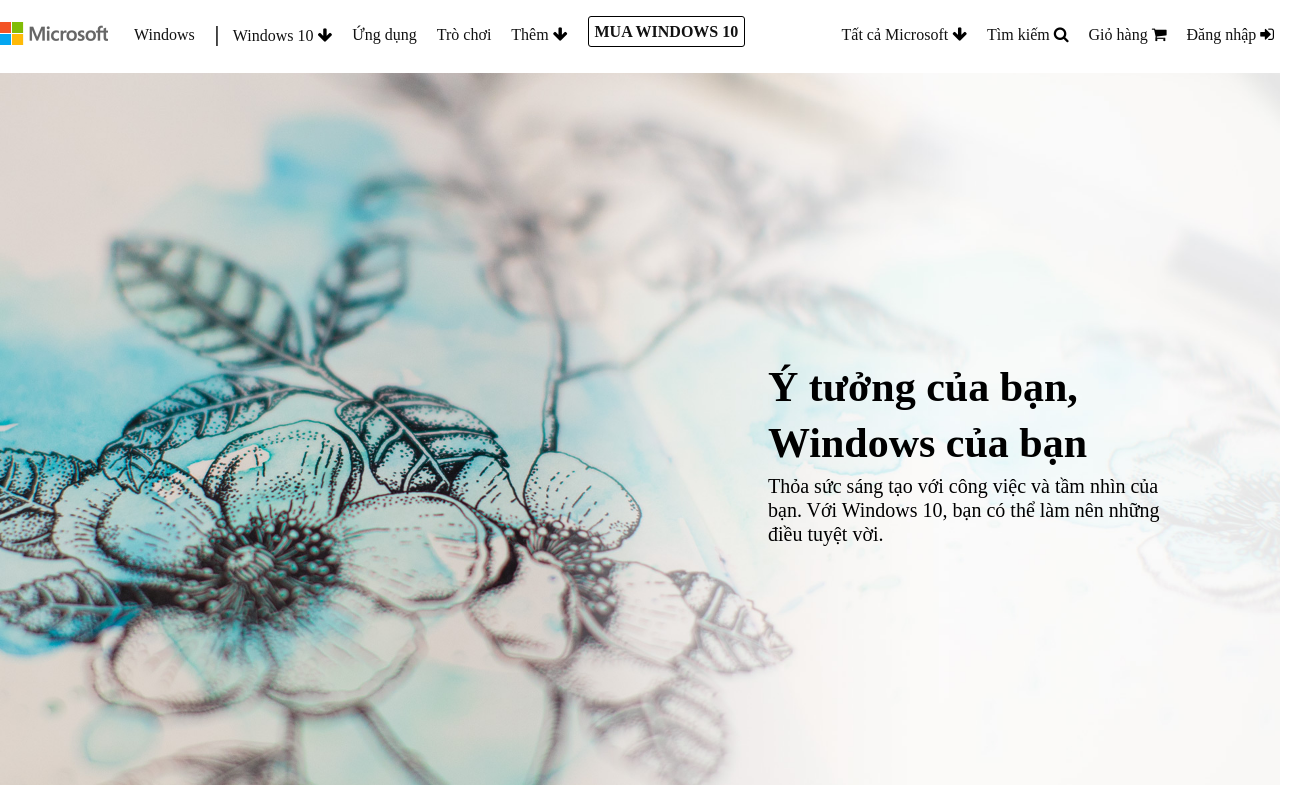
Repository: hoangphuong965/clone-Microsoft---practice
Page: index.html
These files come from the project's save history. The page is drawn as it stood at one moment and after a run of saves; the edit follows.
The browser window is 1280 px wide. The page is 1300 px wide, so the pictures cover 1300 px, including what lies to the right of the window. The pictures show the whole page.

Above is the page before, as saved 2020-06-08 22:51:47.

### index.html
<!DOCTYPE html>
<html lang="en">

<head>
    <meta charset="UTF-8">
    <meta name="viewport" content="width=device-width, initial-scale=1.0">
    <link rel="stylesheet" href="https://maxcdn.bootstrapcdn.com/font-awesome/4.7.0/css/font-awesome.min.css">
    <link rel="stylesheet" href="style.css">
    <title>Khám phá HĐH Windows 10 | Microsoft</title>
</head>

<body>
    <!-- <div class="menu-btn">
        <i class="fa fa-bars" aria-hidden="true"></i>
    </div> -->
    <div class="container">
        <nav class="navigation">
            <div class="navigation-left">
                <ul>
                    <div class="logo">
                        <img src="img/logo.png" alt="">
                    </div>
                    <div class="navigation-left-item">
                        <li><a href="">Windows</a></li>
                        <li class="win10">
                            <a href="">Windows 10</a>
                            <i class="fa fa-arrow-down" aria-hidden="true"></i>
                        </li>
                        <li><a href="">Ứng dụng</a></li>
                        <li><a href="">Trò chơi</a></li>
                        <li>
                            <a href="">Thêm</a>
                            <i class="fa fa-arrow-down" aria-hidden="true"></i>
                        </li>
                        <li class="buy">
                            <a href="" id="buy-win">MUA WINDOWS 10</a>
                        </li>
                    </div>
                </ul>
            </div>
            <div class="navigation-right">
                <ul>
                    <div class="navigation-right-item">
                        <li>
                            <a href="">Tất cả Microsoft</a>
                            <i class="fa fa-arrow-down" aria-hidden="true"></i>
                        </li>
                        <li>
                            <a href="">Tìm kiếm</a>
                            <i class="fa fa-search" aria-hidden="true"></i>
                        </li>
                        <li>
                            <a href="">Giỏ hàng</a>
                            <i class="fa fa-shopping-cart" aria-hidden="true"></i>
                        </li>
                        <li>
                            <a href="">Đăng nhập</a>
                            <i class="fa fa-sign-in" aria-hidden="true"></i>
                        </li>
                    </div>
                </ul>
            </div>
        </nav>

        <!-- Showcase -->
        <header class="showcase">
            <div class="showcase-text">
                <h1>Ý tưởng của bạn, Windows của bạn</h1>
                <p>Thỏa sức sáng tạo với công việc và tầm nhìn của bạn. Với Windows 10, bạn có thể làm nên những điều tuyệt vời.</p>
            </div>
        </header>
    </>

</body>

</html>

### style.css
* {
  margin: 0;
  padding: 0;
  box-sizing: border-box;
}

.container {
  margin: auto;
}

a {
  text-decoration: none;
  color: #111111;
  padding-bottom: 2px;
}
a:hover {
  border-bottom: 2px solid black;
}
/* navigation */
.navigation {
  display: flex;
  justify-content: space-between;
  margin: auto;
  width: 1300px;
}
.logo img {
  margin-top: 1.4rem;
  max-width: none;
  width: 108px;
}
.navigation-right-item,
.navigation-left-item {
  display: flex;
  margin: 1rem;
}
.navigation-right-item li,
.navigation-left-item li {
  list-style: none;
  margin: 10px;
}
.navigation-right ul,
.navigation-left ul {
  display: flex;
}
.win10 {
  margin-top: 7px !important;
}
.win10::before {
  content: "|";
  margin-right: 10px;
  font-weight: bold;
  font-size: 20px;
}
.buy {
  border: 1px solid;
  border-radius: 3px;
  height: 31px;
  padding: 6px;
  margin-top: 0px !important;
  font-weight: 600;
}
#buy-win:hover {
  text-decoration: underline !important;
  border-bottom: none;
}

.showcase {
  position: relative;
  width: 100%;
  height: 712px;
  background: url(img/banner1.jpg) no-repeat center center/cover;
}
.showcase-text {
  position: absolute;
  width: 25rem;
  left: 60%;
  top: 35%;
}
.showcase-text h1 {
  font-size: 42px;
  line-height: 56px;
  padding: 37px 0 3px;
  font
}
.showcase-text p {
  font-size: 20px;
  line-height: 24px;
}

After the next 2 saves:
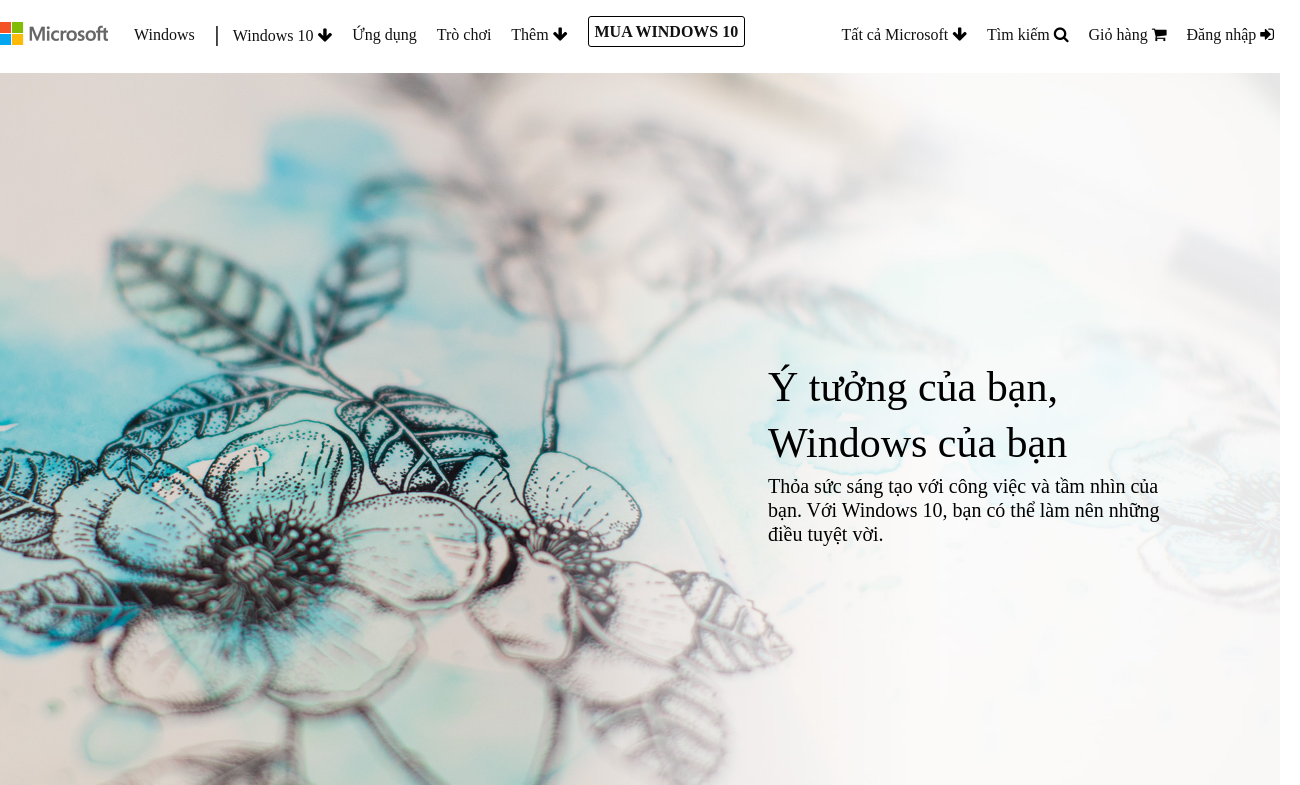
The 2 saves are shown as one change because they came seconds apart.
The last was saved 7 s later.
--- a/style.css
+++ b/style.css
@@ -80,7 +80,7 @@
   font-size: 42px;
   line-height: 56px;
   padding: 37px 0 3px;
-  font
+  font-weight: normal;
 }
 .showcase-text p {
   font-size: 20px;
